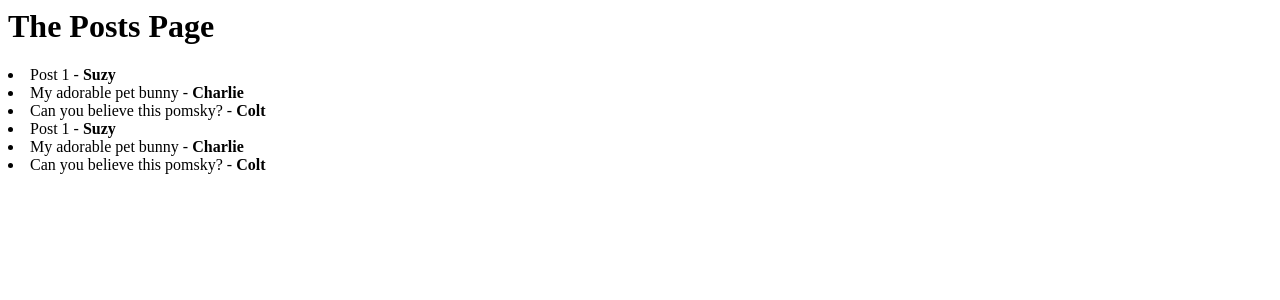
Repository: Bhitt/Cloud9_Projects
Page: http://localhost/posts
The author's editor kept a record of every edit. The page is drawn from the files as they stood at one moment, then again after the next edit.
The browser window is 1280 px wide. The pictures show the whole page.
The page is served by the project's Node server (MoreExpress/EJSDemo/app.js).

Above is the page before.

### webdevbootcamp/workspace/MoreExpress/EJSDemo/views/posts.ejs
<h1>The Posts Page</h1>

<% for(var i=0; i< posts.length; i++){ %>
    <li>
        <%= posts[i].title %> - <strong><%= posts[i].author %></strong>
    </li>
<% } %>

<% posts.forEach(function(post){ %>
    <li>
        <%= post.title %> - <strong><%= post.author %></strong>
    </li>
<% }); %>

### webdevbootcamp/workspace/MoreExpress/EJSDemo/app.js
var express = require("express");
var app = express();

app.use(express.static("public"));
app.set("view engine", "ejs");

app.get("/", function(req, res){
//   res.send("Welcome to the home page!");
    res.render("home");
});

app.get("/fallinlovewith/:thing", function(req, res){
    var thing = req.params.thing;
    // res.send("You fell in love with " + thing);
    res.render("love", {thingVar: thing});
})

app.get("/posts", function(req, res){
    var posts = [
        {title: "Post 1", author: "Suzy"},
        {title: "My adorable pet bunny", author: "Charlie"},
        {title: "Can you believe this pomsky?", author: "Colt"}
        ];

    res.render("posts", {posts: posts});
});


app.listen(process.env.PORT, process.env.IP, function(){
    console.log("Server is listening!");
});

### webdevbootcamp/workspace/MoreExpress/EJSDemo/public/app.css
body{
    background: gray;
    color: purple;
}

After the next edit:
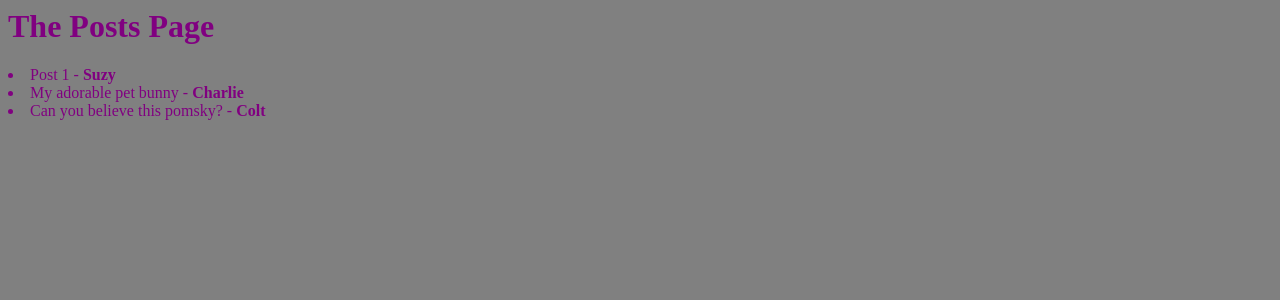
The edit:
--- a/webdevbootcamp/workspace/MoreExpress/EJSDemo/views/posts.ejs
+++ b/webdevbootcamp/workspace/MoreExpress/EJSDemo/views/posts.ejs
@@ -1,10 +1,12 @@
+<link rel="stylesheet" href="app.css">
+
 <h1>The Posts Page</h1>
 
-<% for(var i=0; i< posts.length; i++){ %>
-    <li>
-        <%= posts[i].title %> - <strong><%= posts[i].author %></strong>
-    </li>
-<% } %>
+<!--<% for(var i=0; i< posts.length; i++){ %>-->
+<!--    <li> -->
+<!--        <%= posts[i].title %> - <strong><%= posts[i].author %></strong>-->
+<!--    </li>-->
+<!--<% } %>-->
 
 <% posts.forEach(function(post){ %>
     <li>
